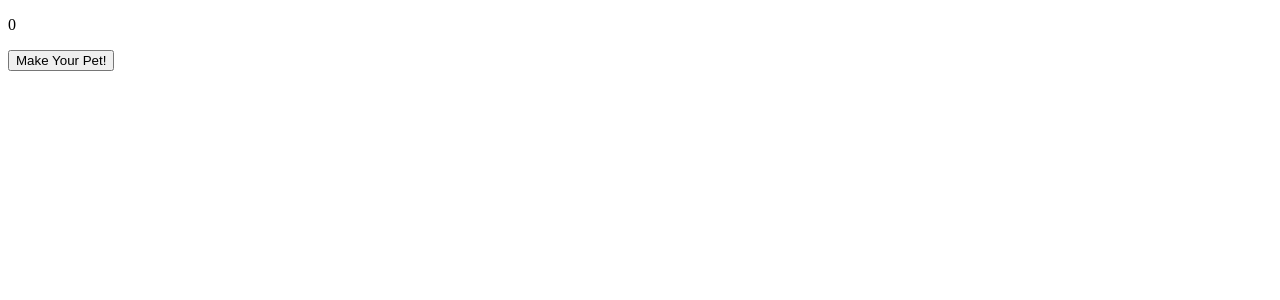
Repository: a-rydzak/Java
Page: http://localhost/Counter/Click
These files come from the project's save history. The page is drawn as it stood at one moment and after the next save; the edit follows.
The browser window is 1280 px wide. The pictures show the whole page.
The page is served by Tomcat 9. Other server files are loaded and not shown.

Above is the page before, as saved 2019-07-12 15:00:04.

### Java MVC/ButtonClicker/Counter/WebContent/WEB-INF/views/Click.jsp
<%@ page language="java" contentType="text/html; charset=ISO-8859-1"
    pageEncoding="ISO-8859-1"%>
<%@ taglib prefix="c" uri="http://java.sun.com/jsp/jstl/core" %>
<!DOCTYPE html>
<html>
<head>
<meta charset="ISO-8859-1">
<title>Insert title here</title>
</head>
<body>
    <p>
        <c:out value="${count}"/>
    </p>

	<form name="catsForm" method="post" action="Cats">
		<input type = "submit" value = "Make Your Pet!" />
    </form>
</body>
</html>

### Java MVC/ButtonClicker/Counter/src/com/andrewrydzak/web/controllers/Click.java
package com.andrewrydzak.web.controllers;

import java.io.IOException;

import javax.servlet.RequestDispatcher;
import javax.servlet.ServletException;
import javax.servlet.annotation.WebServlet;
import javax.servlet.http.HttpServlet;
import javax.servlet.http.HttpServletRequest;
import javax.servlet.http.HttpServletResponse;
import javax.servlet.http.HttpSession;

/**
 * Servlet implementation class Click
 */
@WebServlet("/Click")
public class Click extends HttpServlet {
	private static final long serialVersionUID = 1L;

    /**
     * @see HttpServlet#HttpServlet()
     */
    public Click() {
        super();
        // TODO Auto-generated constructor stub
    }

	/**
	 * @see HttpServlet#doGet(HttpServletRequest request, HttpServletResponse response)
	 */
	protected void doGet(HttpServletRequest request, HttpServletResponse response) throws ServletException, IOException {
		// TODO Auto-generated method stub
		HttpSession session = request.getSession();
        session.setAttribute("count", 0);
        RequestDispatcher view = request.getRequestDispatcher("/WEB-INF/views/Click.jsp");
        view.forward(request, response);
	}

	/**
	 * @see HttpServlet#doPost(HttpServletRequest request, HttpServletResponse response)
	 */
	protected void doPost(HttpServletRequest request, HttpServletResponse response) throws ServletException, IOException {
		// TODO Auto-generated method stub
		doGet(request, response);
	}

}

After the next save:
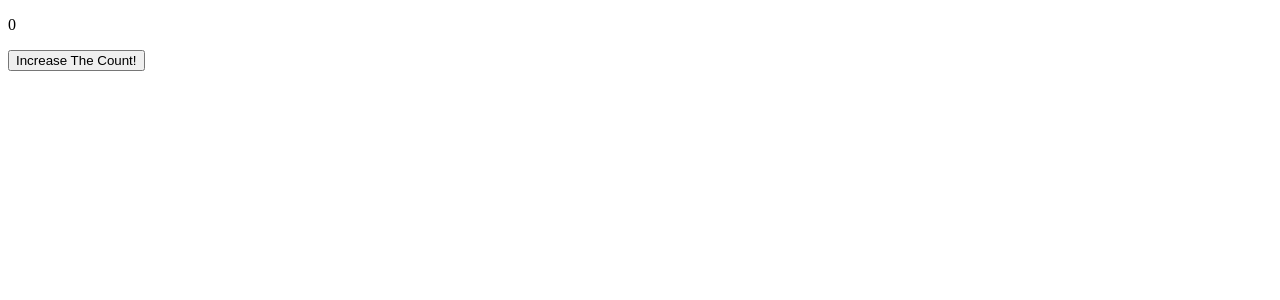
Saved 15 s later.
--- a/Java MVC/ButtonClicker/Counter/WebContent/WEB-INF/views/Click.jsp
+++ b/Java MVC/ButtonClicker/Counter/WebContent/WEB-INF/views/Click.jsp
@@ -13,7 +13,7 @@
     </p>
 
 	<form name="catsForm" method="post" action="Cats">
-		<input type = "submit" value = "Make Your Pet!" />
+		<input type = "submit" value = "Increase The Count!" />
     </form>
 </body>
 </html>
